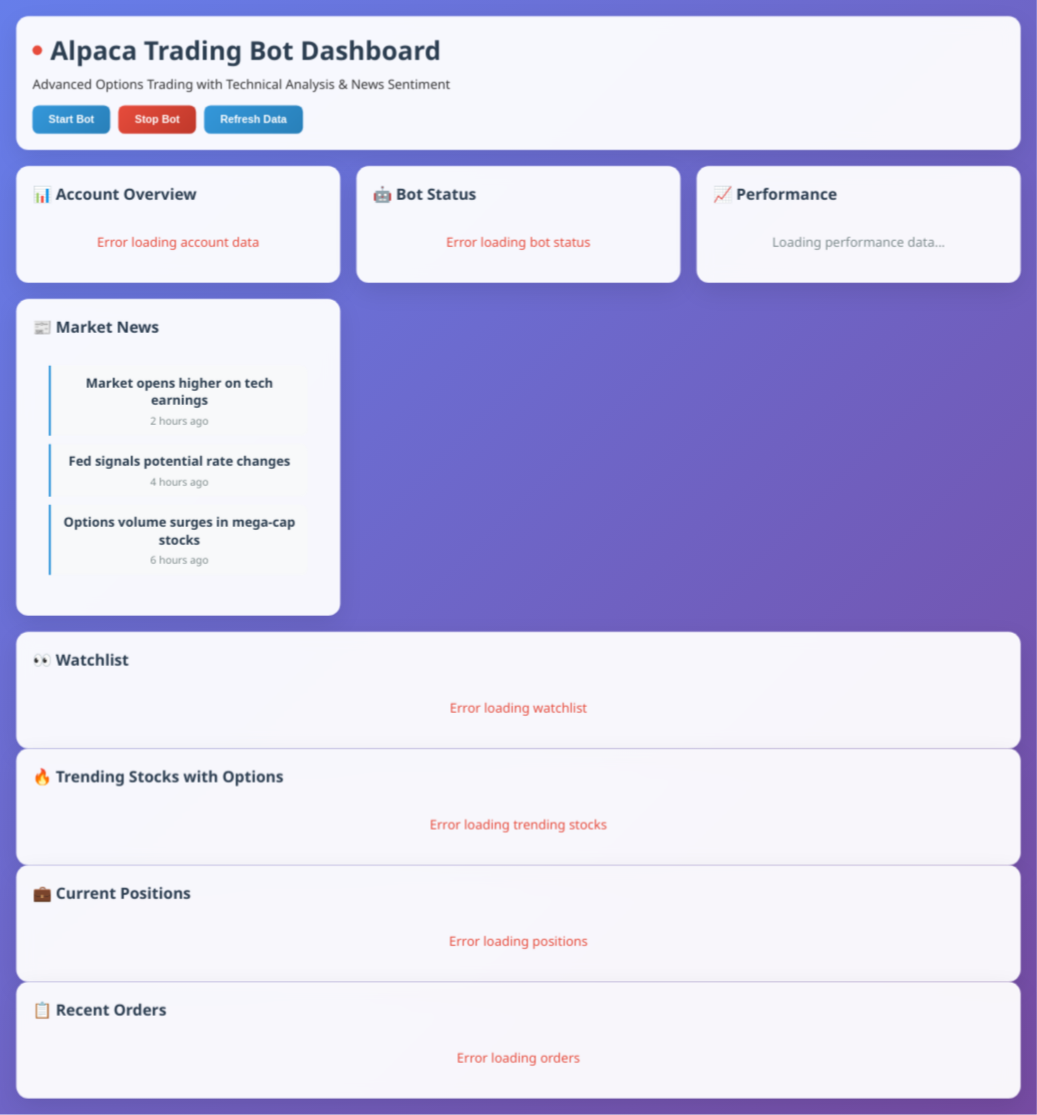
Repository: papykabukanyi/tradingbot
Page: public/index.html
The author's editor kept a copy of each file at every save. The page is drawn from the files as they stood at one save, then again after the next save.
The browser window is 1280 px wide. The pictures show the whole page, at 81% of full size.
The page's requests for data from a server got no answer.

Above is the page before, as saved 2025-07-20 09:15:25.

After the next save:
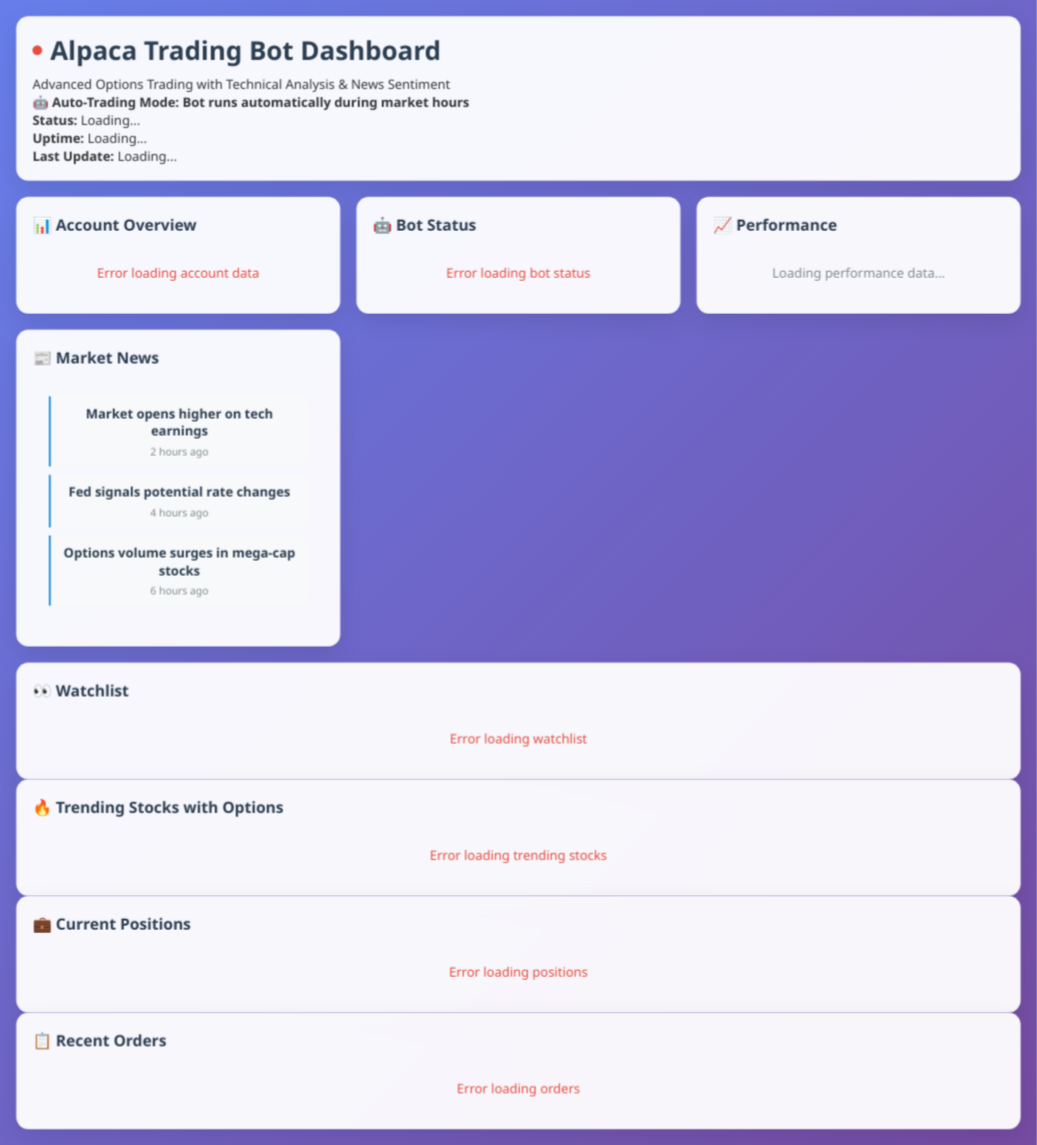
Saved 14 s later.
--- a/public/index.html
+++ b/public/index.html
@@ -293,10 +293,17 @@
                 Alpaca Trading Bot Dashboard
             </h1>
             <p>Advanced Options Trading with Technical Analysis & News Sentiment</p>
-            <div class="controls">
-                <button class="btn" onclick="startBot()">Start Bot</button>
-                <button class="btn danger" onclick="stopBot()">Stop Bot</button>
-                <button class="btn" onclick="refreshData()">Refresh Data</button>
+            <p><strong>🤖 Auto-Trading Mode: Bot runs automatically during market hours</strong></p>
+            <div class="info-panel">
+                <div class="info-item">
+                    <strong>Status:</strong> <span id="botStatusText">Loading...</span>
+                </div>
+                <div class="info-item">
+                    <strong>Uptime:</strong> <span id="uptimeText">Loading...</span>
+                </div>
+                <div class="info-item">
+                    <strong>Last Update:</strong> <span id="lastUpdateText">Loading...</span>
+                </div>
             </div>
         </div>
 
